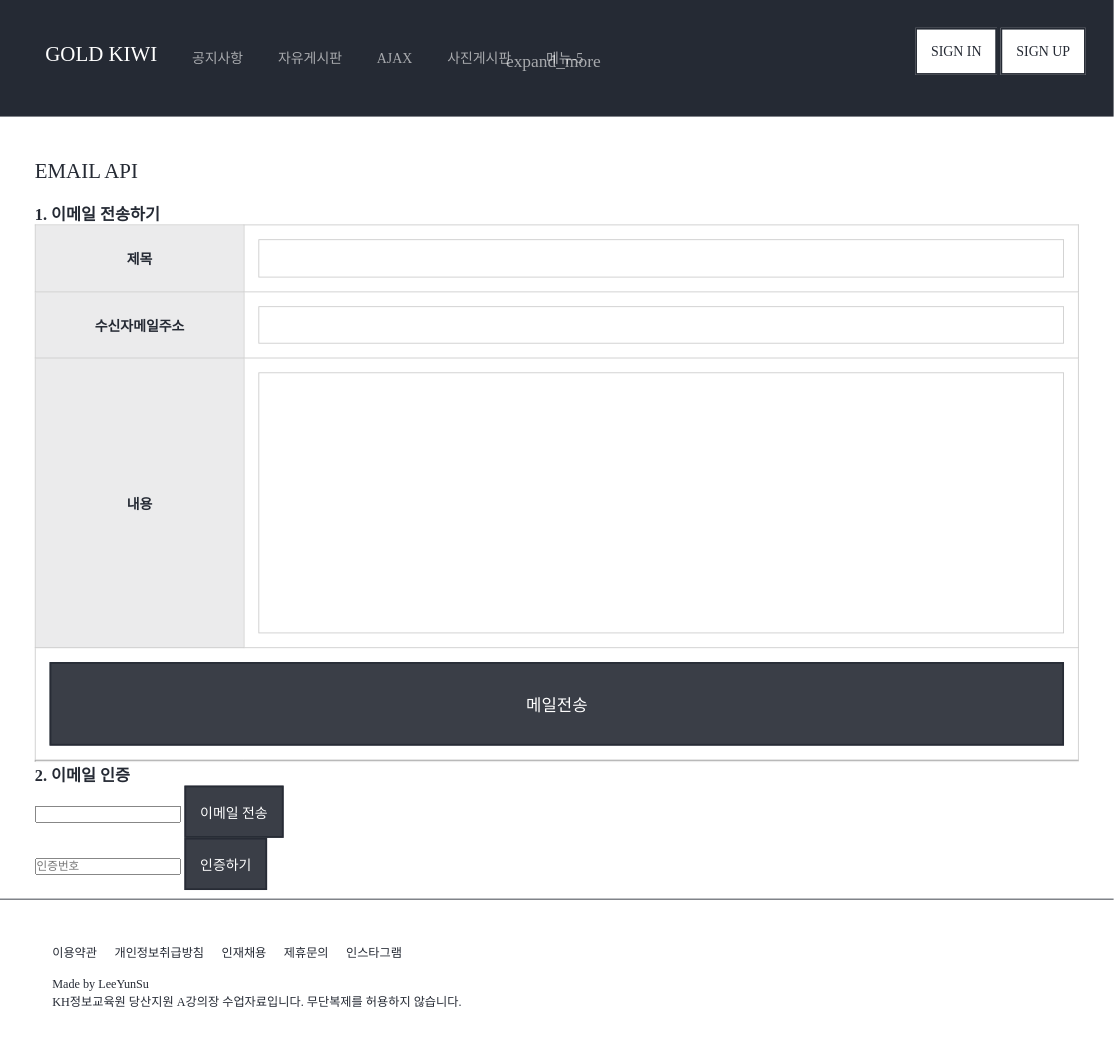
Repository: RiboKim/web-workspace
Page: http://localhost/07_mvc2WebProject/email.do
An editor plug-in stored every save of this project. The page is shown before and after the next save, followed by the edit.
The browser window is 1280 px wide. The pictures show the whole page, at 87% of full size.
Some web fonts or font styles are not loaded; a fallback is used. The page is served by Tomcat 9. Other server files are loaded and not shown.

Above is the page before, as saved 2023-02-22 02:19:32.

### 07_mvc2WebProject/src/main/webapp/WEB-INF/views/etc/email.jsp
<%@ page language="java" contentType="text/html; charset=UTF-8"
    pageEncoding="UTF-8"%>
<!DOCTYPE html>
<html>
<head>
<meta charset="UTF-8">
<title>Insert title here</title>
<style>
	th,td{
		border : 1px solid #ccc;
	}
</style>
</head>
<body>
	<%@include file="/WEB-INF/views/common/header.jsp" %>
	<div class="page-content">
		<div class="page-title">EMAIL API</div>
		<h3>1. 이메일 전송하기</h3>
		<form action="/mailSend1.do" method="post">
			<table class="tbl">
				<tr class="tr-1">
					<th class="td-2" style="width:20%;">제목</th>
					<td>
						<input type="text" name="mailTitle" class="input-form">
					</td>
				</tr>
				<tr class="tr-1">
					<th class="td-2">수신자메일주소</th>
					<td>
						<input type="text" name="receiver" class="input-form">
					</td>
				</tr>
				<tr>
					<th class="td-2">내용</th>
					<td>
						<textarea name="mailContent" class="input-form"></textarea>
					</td>
				</tr>
				<tr>
					<th colspan="2">
						<button class="btn bc1 bs4" type="submit">메일전송</button>
					</th>
				</tr>
			</table>
		</form>
		<hr>
		<h3>2. 이메일 인증</h3>
		<input type="text" id="email">
		<button class="btn bc1" id="sendBtn">이메일 전송</button>
		<div id="auth">
			<input type="text" id="authCod" placeholder="인증번호">
			<button class="btn bc1" id="autoBtn">인증하기</button>
			<span id="timeZone"></span>
			<span id="authMsg"></span>
		</div>
	</div>
	<script>
		$("#sendBtn").on("click",function(){

		});
	</script>
	<%@include file="/WEB-INF/views/common/footer.jsp" %>
</body>
</html>

### 07_mvc2WebProject/src/main/webapp/WEB-INF/views/common/header.jsp
<%@page import="kr.or.iei.member.model.vo.Member"%>
<%@ page language="java" contentType="text/html; charset=UTF-8"
    pageEncoding="UTF-8"%>
    <%
    	Member m = (Member)session.getAttribute("m");
    %>

	<!-- 구글 아이콘 -->
    <link href="https://fonts.googleapis.com/icon?family=Material+Icons" rel="stylesheet">
    <!-- jquery -->
    <script src="/js/jquery-3.6.0.js"></script>
    <!-- 기본 CSS -->
    <link rel="stylesheet" href="/css/default.css" />
    <!-- 기본 js -->
    <script src="/js/default.js"></script>

    <header>
      <div class="site-logo">
        <a href="/">GOLD KIWI</a>
      </div>
      <nav>
        <ul class="navi">
          <li><a href="/noticeList.do?requestPage=1">공지사항</a></li>
          <li><a href="/boardList.do?requestPage=1">자유게시판</a></li>
          <li><a href="/ajax.do">AJAX</a></li>
          <li><a href="/photoList.do">사진게시판</a></li>
          <li>
			<a href="#">메뉴-5</a>
            <ul class="sub-navi">
              <li><a href="/email.do">eamil</a></li>
              <li><a href="#">sub-2</a></li>
              <li><a href="#">sub-3</a></li>
            </ul>
           </li>
        </ul>
      </nav>
      <div class="header-link">
      <%if(m == null){ %>
        <button class="btn bc11 modal-open-btn" target="#login-modal">SIGN IN</button>
        <a class="btn bc11" href="/signupFrm.do">SIGN UP</a>
      <%}else{ %>
      <%--<a class="btn bc11" href="/mypage1.do"><%=m.getMemberName() %></a> --%>
      <%--memberId를 mypage2.do로 넘겨주는거 --%>
      <a class="btn bc11" href="/mypage2.do?memberId=<%=m.getMemberId() %>"><%=m.getMemberName() %></a>

      <a class="btn bc11" href="/logout.do">LOGOUT</a>
      <%} %>
      </div>
    </header>
    <%if(m == null) {%>
    <div id="login-modal" class="modal-bg">
      <div class="modal-wrap">
        <div class="modal-head">
          <h2>SIGN IN</h2>
          <span class="material-icons close-icon modal-close">close</span>
        </div>
        <form action="/signin.do" method="post">
        <div class="modal-content">
          <div class="input-box">
          	<label for="signId">아이디</label>
          	<input type="text" name="signId" id="signId" class="input-form" placeholder="아이디입력">
          </div>
          <div class="input-box">
          	<label for="signPw">비밀번호</label>
          	<input type="password" name="signPw" id="signPw" class="input-form" placeholder="비밀번호입력">
          </div>
          <div class="input-box link-box">
          	<a href="#">아이디/비밀번호 찾기</a>
          </div>
        </div>
        <div class="modal-foot">
          <button type="submit" class="btn bc11">로그인</button>
          <button type="button" class="btn bc1 modal-close">취소</button>
        </div>
        </form>
      </div>
    </div>
    <%}%>

### 07_mvc2WebProject/src/main/webapp/WEB-INF/views/common/footer.jsp
<%@ page language="java" contentType="text/html; charset=UTF-8"
    pageEncoding="UTF-8"%>
	<footer>
      <div class="footer-content">
        <ul>
          <li><a href="#">이용약관</a></li>
          <li><a href="#">개인정보취급방침</a></li>
          <li><a href="#">인재채용</a></li>
          <li><a href="#">제휴문의</a></li>
          <li><a href="#">인스타그램</a></li>
        </ul>
        <p>Made by LeeYunSu</p>
        <p>
          KH정보교육원 당산지원 A강의장 수업자료입니다. 무단복제를 허용하지
          않습니다.
        </p>
      </div>
    </footer>

### 07_mvc2WebProject/src/main/java/kr/or/iei/api/controller/EmailServlet.java
package kr.or.iei.api.controller;

import java.io.IOException;

import javax.servlet.RequestDispatcher;
import javax.servlet.ServletException;
import javax.servlet.annotation.WebServlet;
import javax.servlet.http.HttpServlet;
import javax.servlet.http.HttpServletRequest;
import javax.servlet.http.HttpServletResponse;

/**
 * Servlet implementation class EmailServlet
 */
@WebServlet(name = "Email", urlPatterns = { "/email.do" })
public class EmailServlet extends HttpServlet {
	private static final long serialVersionUID = 1L;

    /**
     * @see HttpServlet#HttpServlet()
     */
    public EmailServlet() {
        super();
        // TODO Auto-generated constructor stub
    }

	/**
	 * @see HttpServlet#doGet(HttpServletRequest request, HttpServletResponse response)
	 */
	protected void doGet(HttpServletRequest request, HttpServletResponse response) throws ServletException, IOException {
		//1.인코딩
		request.setCharacterEncoding("utf-8");
		//2.값추출
		//3.비즈니스로직
		//4.결과처리
		RequestDispatcher view = request.getRequestDispatcher("/WEB-INF/views/etc/email.jsp");
		view.forward(request, response);
	}

	/**
	 * @see HttpServlet#doPost(HttpServletRequest request, HttpServletResponse response)
	 */
	protected void doPost(HttpServletRequest request, HttpServletResponse response) throws ServletException, IOException {
		// TODO Auto-generated method stub
		doGet(request, response);
	}

}

### 07_mvc2WebProject/src/main/webapp/css/default.css
/* 사용할 font 선언 */
@font-face {
  font-family: ns-thin;
  src: url(../font/NotoSansKR-Thin.otf);
}
@font-face {
  font-family: ns-light;
  src: url(../font/NotoSansKR-Light.otf);
}
@font-face {
  font-family: ns-m;
  src: url(../font/NotoSansKR-Medium.otf);
}
@font-face {
  font-family: ns-bold;
  src: url(../font/NotoSansKR-Bold.otf);
}
@font-face {
  font-family: ns-black;
  src: url(../font/NotoSansKR-Black.otf);
}
/*
    사이트 사용 색상
    balck : #252A34
    darkgray : #393E46
    lightgray : #EEEEEE
    dark-mint : #00ADB5
    mint : #08D9D6
    point-red : #FF2E63
    point-pink : #F85F73
    point-violet : #892CDC
*/
/* 전체태그 기본 margin, padding 제거 */
/* 기본 글씨 색 및 폰트 설정 */

* {
  margin: 0;
  padding: 0;
  color: #252a34;
  font-family: ns-m;
}
body {
  display: flex;
  flex-direction: column;
  min-height: 100vh;
}
/* 기본화면 레이아웃 */
a {
  text-decoration: none;
}
header {
  background-color: #252a34;
  padding: 32px;
  display: flex;
  min-width: 1200px;
}
header > *:not(.header-link) {
  float: left;
}
header > .site-logo {
  padding: 0px 20px;
}
header > .site-logo > a {
  color: #fff;
  font-family: ns-bold;
  font-size: 24px;
  line-height: 60px;
}
header > nav {
  flex-grow: 1;
}

header > nav > .navi {
  list-style-type: none;
}
header > nav > .navi > li {
  float: left;
  position: relative;
}
header > nav > .navi > li > a {
  display: block;
  color: rgba(255, 255, 255, 0.6);
  padding: 5px 20px;
  transition-duration: 0.5s;
  line-height: 60px;
}
header > nav > .navi > li:hover > a,
header > nav > .navi > li:hover > a + span {
  color: rgba(255, 255, 255, 1);
}
header > nav > .navi > li:hover > .sub-navi {
  display : block;
}
header > nav .sub-navi {
  position: absolute;
  background-color: #fff;
  list-style-type: none;
  display: none;
  border: 1px solid rgba(0, 0, 0, 0.2);
  left: 10px;
  min-width: 10rem;
}
header > nav .sub-navi > li {
  padding: 0.25rem 1rem;
}
header > nav .sub-navi > li > a {
  display: block;
}
header > nav .sub-navi > li:hover {
  background-color: rgba(0, 0, 0, 0.05);
}
.material-icons.dropdown {
  font-size: 20px;
  color: rgba(255, 255, 255, 0.6);
  position: absolute;
  right: 0px;
  top: 27px;
  transition-duration: 0.5s;
}
.material-icons.dropdown:hover {
  cursor: pointer;
}
.page-content {
  width: 1200px;
  margin: 30px auto;
  margin-bottom: 10px;
  flex-grow: 1;
}
.page-title {
  font-family: ns-bold;
  padding: 20px 0px;
  font-size: 1.5rem;
}
footer {
  padding: 50px;
  border-top: 1px solid #252a34;
}
footer > .footer-content {
  width: 1200px;
  margin: 0 auto;
  padding: 0px 10px;
}
footer > .footer-content * {
  font-size: 14px;
}
footer > .footer-content > ul {
  list-style-type: none;
  overflow: hidden;
  margin-bottom: 20px;
}
footer > .footer-content > ul > li {
  float: left;
}
footer > .footer-content > ul > li > a {
  padding-right: 20px;
}

/* font 클래스*/
.f-thin {
  font-family: ns-thin;
}
.f-light {
  font-family: ns-light;
}
.f-medium {
  font-family: ns-m;
}
.f-bold {
  font-family: ns-bold;
}
.f-black {
  font-family: ns-black;
}

/* 글씨 색 */
.fc-1 {
  color: #252a34;
}
.fc-2 {
  color: #393e46;
}
.fc-3 {
  color: #eeeeee;
}
.fc-4 {
  color: #00adb5;
}
.fc-5 {
  color: #08d9d6;
}
.fc-6 {
  color: #ff2e63;
}
.fc-7 {
  color: #f85f73;
}
.fc-8 {
  color: #892cdc;
}

/* 배경 색*/
.bg-1 {
  background-color: #252a34;
}
.bg-2 {
  background-color: #393e46;
}
.bg-3 {
  background-color: #eeeeee;
}
.bg-4 {
  background-color: #00adb5;
}
.bg-5 {
  background-color: #08d9d6;
}
.bg-6 {
  background-color: #ff2e63;
}
.bg-7 {
  background-color: #f85f73;
}
.bg-8 {
  background-color: #892cdc;
}

/* 테이블 디자인 */
.tbl {
  width: 100%;
  border-spacing: 0px;
  border-collapse: collapse;
}
.tbl th,
.tbl td {
  padding: 1rem;
  text-align: center;
}
.tbl .tr-1 {
  background-color: rgba(255, 255, 255, 1);
}
.tbl .tr-2 {
  background-color: rgba(57, 62, 70, 0.1);
}
.tbl .tr-3 {
  background-color: rgba(0, 173, 181, 0.1);
}
.tbl .tr-4 {
  background-color: rgba(137, 44, 220, 0.1);
}
.tbl .tr-5 {
  background-color: rgba(255, 46, 999, 0.1);
}
.tbl .td-1 {
  background-color: rgba(255, 255, 255, 1);
}
.tbl .td-2 {
  background-color: rgba(57, 62, 70, 0.1);
}
.tbl .td-3 {
  background-color: rgba(0, 173, 181, 0.1);
}
.tbl .td-4 {
  background-color: rgba(137, 44, 220, 0.1);
}
.tbl .td-5 {
  background-color: rgba(255, 46, 999, 0.1);
}
.tbl.tbl-hover .tr-1:hover {
  background-color: rgba(0, 0, 0, 0.05);
}
.tbl.tbl-hover .tr-2:hover {
  background-color: rgba(57, 62, 70, 0.15);
}
.tbl.tbl-hover .tr-3:hover {
  background-color: rgba(0, 173, 181, 0.15);
}
.tbl.tbl-hover .tr-4:hover {
  background-color: rgba(137, 44, 220, 0.15);
}
.tbl.tbl-hover .tr-5:hover {
  background-color: rgba(255, 46, 999, 0.15);
}

/* 버튼 디자인 */
.btn {
  border: none;
  padding: 1rem;
  display: inline-block;
  box-sizing: border-box;
  transition-duration: 0.5s;
  font-size: 16px;
  font-family: ns-light;
}
.bc1 {
  background-color: rgba(37, 42, 52, 0.9);
  color: #fff;
  border: 2px solid rgba(37, 42, 52, 0.9);
}
.bc1:hover {
  background-color: rgba(37, 42, 52, 1);
  cursor: pointer;
}
.bc2 {
  background-color: rgba(57, 62, 70, 0.9);
  color: #fff;
  border: 2px solid rgba(57, 62, 70, 0.9);
}
.bc2:hover {
  background-color: rgba(57, 62, 70, 1);
  cursor: pointer;
}
.bc3 {
  background-color: rgba(238, 238, 238, 0.9);
  color: #252a34;
  border: 2px solid rgba(238, 238, 238, 0.9);
}
.bc3:hover {
  background-color: rgba(238, 238, 238, 1);
  cursor: pointer;
}
.bc4 {
  background-color: rgba(0, 173, 181, 0.9);
  color: #fff;
  border: 2px solid rgba(0, 173, 181, 0.9);
}
.bc4:hover {
  background-color: rgba(0, 173, 181, 1);
  cursor: pointer;
}
.bc5 {
  background-color: rgba(8, 217, 214, 0.9);
  color: #fff;
  border: 2px solid rgba(8, 217, 214, 0.9);
}
.bc5:hover {
  background-color: rgba(8, 217, 214, 1);
  cursor: pointer;
}
.bc6 {
  background-color: rgba(255, 46, 99, 0.9);
  color: #fff;
  border: 2px solid rgba(255, 46, 99, 0.9);
}
.bc6:hover {
  background-color: rgba(255, 46, 99, 1);
  cursor: pointer;
}
.bc7 {
  background-color: rgba(248, 95, 115, 0.9);
  color: #fff;
  border: 2px solid rgba(248, 95, 115, 0.9);
}
.bc7:hover {
  background-color: rgba(248, 95, 115, 1);
  cursor: pointer;
}
.bc8 {
  background-color: rgba(137, 44, 220, 0.9);
  color: #fff;
  border: 2px solid rgba(137, 44, 220, 0.9);
}
.bc8:hover {
  background-color: rgba(137, 44, 220, 1);
  cursor: pointer;
}
.bc11 {
  color: rgba(37, 42, 52, 1);
  background-color: #fff;
  border: 2px solid rgba(37, 42, 52, 1);
}
.bc11:hover {
  background-color: rgba(37, 42, 52, 1);
  cursor: pointer;
  color: #fff;
}
.bc22 {
  color: rgba(57, 62, 70, 1);
  background-color: #fff;
  border: 2px solid rgba(57, 62, 70, 1);
}
.bc22:hover {
  background-color: rgba(57, 62, 70, 1);
  cursor: pointer;
  color: #fff;
}
.bc33 {
  color: rgba(37, 42, 52, 1);
  background-color: #fff;
  border: 2px solid rgba(238, 238, 238, 1);
}
.bc33:hover {
  background-color: rgba(238, 238, 238, 1);
  cursor: pointer;
  color: rgba(37, 42, 52, 1);
}
.bc44 {
  color: rgba(0, 173, 181, 1);
  background-color: #fff;
  border: 2px solid rgba(0, 173, 181, 1);
}
.bc44:hover {
  background-color: rgba(0, 173, 181, 1);
  color: #fff;
  cursor: pointer;
}
.bc55 {
  color: rgba(8, 217, 214, 1);
  background-color: #fff;
  border: 2px solid rgba(8, 217, 214, 1);
}
.bc55:hover {
  background-color: rgba(8, 217, 214, 1);
  color: #fff;
  cursor: pointer;
}
.bc66 {
  color: rgba(255, 46, 99, 1);
  background-color: #fff;
  border: 2px solid rgba(255, 46, 99, 1);
}
.bc66:hover {
  background-color: rgba(255, 46, 99, 1);
  color: #fff;
  cursor: pointer;
}
.bc77 {
  color: rgba(248, 95, 115, 1);
  background-color: #fff;
  border: 2px solid rgba(248, 95, 115, 1);
}
.bc77:hover {
  background-color: rgba(248, 95, 115, 1);
  color: #fff;
  cursor: pointer;
}
.bc88 {
  color: rgba(137, 44, 220, 1);
  background-color: #fff;
  border: 2px solid rgba(137, 44, 220, 1);
}
.bc88:hover {
  background-color: rgba(137, 44, 220, 1);
  color: #fff;
  cursor: pointer;
}
.bs1 {
  padding: 1rem;
}
.bs2 {
  padding: 1.5rem;
  font-size: 1.1em;
}
.bs3 {
  padding: 2rem;
  font-size: 1.2em;
}
.bs4 {
  width: 100%;
  padding: 2rem;
  font-size: 1.2em;
}
/* input 디자인 */
.input-form {
  width: 100%;
  display: block;
  padding: 0.8rem;
  background-color: #fff;
  outline: none;
  border: 1px solid #ccc;

  box-sizing: border-box;
}
.input-form:focus {
  box-shadow: 0 0 0 0.1rem #eee;
}

textarea.input-form {
  resize: none;
  min-height: 300px;
}
.input-form:read-only:not(select),
.input-form:disabled {
  background-color: #f7f7f9;
}
/* 페이징 디자인 */
.pagination {
  list-style-type: none;
  display: flex;
  justify-content: center;
  align-items: center;
}
.pagination > li {
  width: 40px;
  height: 40px;
  text-align: center;
  line-height: 40px;
  overflow: hidden;
}
.pagination.circle-style > li {
  border-radius: 50%;
}
.pagination > li > a.page-item {
  display: block;
  width: 100%;
  height: 100%;
  font-size: 18px;
}
.pagination > li > a.page-item > span.material-icons {
  display: block;
  width: 100%;
  height: 100%;
  line-height: 40px;
}
.pagination .page-item.active-page {
  background-color: #252a34;
  color: #fff;
}
/*게시물 표현*/
.posting-wrap {
  display: flex;
  flex-wrap: wrap;
}
.posting-wrap .posting-item {
  box-sizing: border-box;
  width: calc(100% / 5);
  padding: 20px;
}
.posting-wrap .posting-item .posting-img img {
  width: 100%;
  height: 200px;
}
.posting-wrap .posting-item .posting-content {
  width: 80%;
  margin: 0 auto;
}
.posting-wrap .posting-item:hover {
  box-shadow: 0 2px 10px 0 rgba(0, 0, 0, 0.2);
}
/* 댓글 */
.posting-comment {
  display: flex;
  border-top: 2px solid #ccc;

  list-style-type: none;
}
.posting-comment > li {
  box-sizing: border-box;
}
.posting-comment > li:first-child {
  width: 15%;
  display: flex;
  justify-content: center;
  align-items: center;
  min-height: 100px;
  border-right: 1px solid #ccc;
}
.posting-comment.reply > li:first-child {
  width: 20%;
}
.posting-comment > li:first-child .material-icons {
  font-size: 80px;
  color: #ccc;
}
.posting-comment.reply > li:first-child .material-icons:first-child {
  font-size: 40px;
  color: #ccc;
}
.posting-comment.reply > li:last-child {
  display: flex;
  flex-direction: column;
  width: 80%;
}
.posting-comment > li:last-child {
  display: flex;
  flex-direction: column;
  width: 85%;
}
.posting-comment > li:last-child > p {
  width: 100%;
  padding: 5px;
  box-sizing: border-box;
}
.posting-comment > li:last-child > .comment-info > span {
  padding: 0px 10px;
}
.posting-comment > li:last-child > .comment-info > span:not(:last-child) {
  border-right: 2px solid #ccc;
}
.posting-comment > li:last-child > .comment-content {
  padding: 0px 15px;
}
.posting-comment > li:last-child > .comment-link {
  text-align: right;
}
.posting-comment > li:last-child > .comment-link > a {
  margin: 0px 5px;
}
.posting-comment > li:last-child > .comment-link > a:hover {
  text-decoration: underline;
}

/*모달*/
.modal-bg {
  background-color: rgba(0, 0, 0, 0.3);
  position: fixed;
  width: 100%;
  height: 100vh;
  display: none;
  align-items: center;
  flex-direction: column;
}
.modal-wrap {
  margin-top: 150px;
  width: 600px;
  background: #fff;
  height: auto;
}
.modal-wrap div {
  padding: 1rem;
}
.modal-wrap div:not(:last-child) {
  border-bottom: 1px solid #ccc;
}
.modal-wrap .modal-foot {
  text-align: right;
}
.modal-wrap div.modal-head {
  position: relative;
}
.close-icon {
  position: absolute;
  top: 16px;
  right: 16px;
  font-size: 30px;
}
.close-icon:hover {
  cursor: pointer;
}

### 07_mvc2WebProject/src/main/webapp/js/default.js
$(function () {
  $(document).on("click", ".modal-open-btn", function () {
    $($(this).attr("target")).css("display", "flex");
  });
  $(document).on("click", ".modal-close", function () {
    $(this).parents(".modal-wrap").parent().css("display", "none");
  });
  $(".sub-navi").prev().after("<span class='material-icons dropdown'>expand_more</span>");
});
function alertFunc(icon){
	swal({
        title: '제목',
        text: '내용내용내용',
        icon: icon
      });
      //이후 페이지 이동 시 추가
      /*
      .then(function(){
    	 window.location = "${loc}";
      });
      */
}

Loaded but not shown: 07_mvc2WebProject/src/main/webapp/js/jquery-3.6.0.js (library)

After the next save:
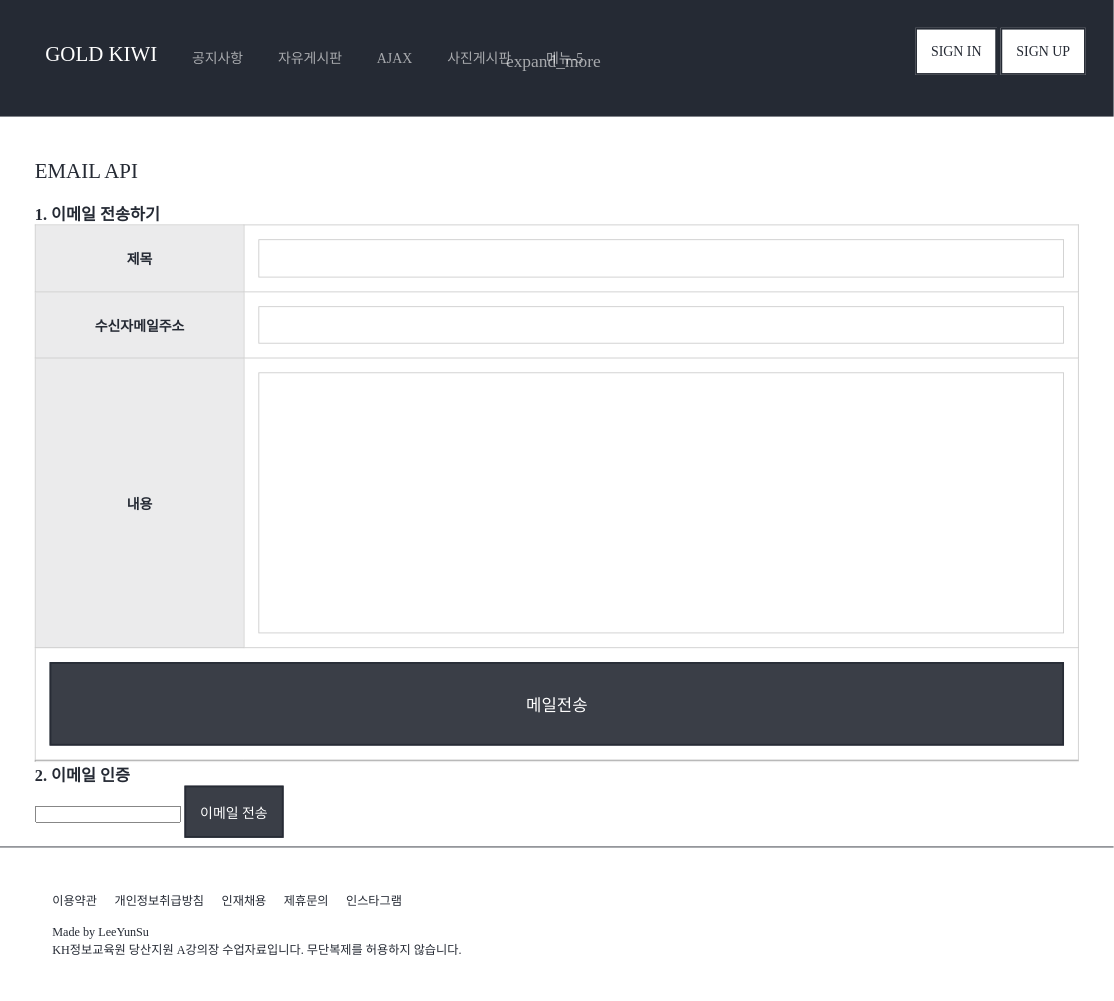
Saved 54 s later.
--- a/07_mvc2WebProject/src/main/webapp/WEB-INF/views/etc/email.jsp
+++ b/07_mvc2WebProject/src/main/webapp/WEB-INF/views/etc/email.jsp
@@ -47,7 +47,7 @@
 		<h3>2. 이메일 인증</h3>
 		<input type="text" id="email">
 		<button class="btn bc1" id="sendBtn">이메일 전송</button>
-		<div id="auth">
+		<div id="auth" style="display:none;">
 			<input type="text" id="authCod" placeholder="인증번호">
 			<button class="btn bc1" id="autoBtn">인증하기</button>
 			<span id="timeZone"></span>
